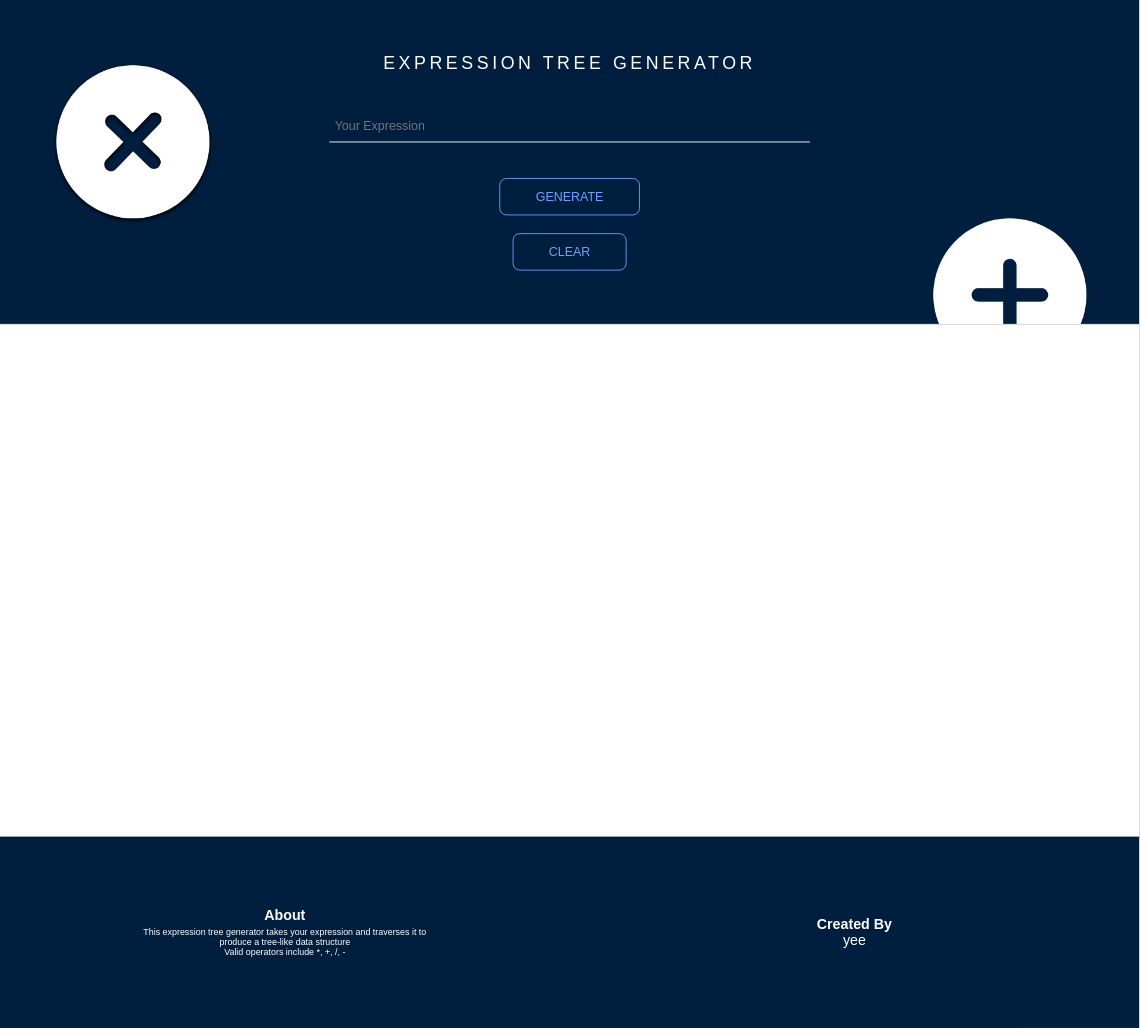
Repository: lnogueir/expression-tree-gen
Page: index.html
The author's editor kept a copy of each file at every save. The page is drawn from the files as they stood at one save, then again after a run of saves.
The browser window is 1280 px wide. The page is 1281 px wide, so the pictures cover 1281 px, including what lies to the right of the window. The pictures show the whole page, at 89% of full size.

Above is the page before, as saved 2020-03-15 20:09:41.

### index.html
<!DOCTYPE html>
<html lang="en">

<head>
    <meta charset="UTF-8">
    <meta name="viewport" content="width=device-width, initial-scale=1.0">
    <title>Canvas</title>
    <link rel="stylesheet" href="app.css">
</head>

<body>

    <div class="contact-section">
        <div class="inner-width">
          <h1>Expression Tree Generator</h1>
          <input type="text" class="name" id = 'expression-input' placeholder="Your Expression">

          <div class="buttons">
          <button id="generate-tree">Generate</button>
          <a href="index.html"><button id="generate-tree">Clear</button></a>
        </div>

        </div>
      </div>

    <div id="canvas-container">
        <canvas></canvas>
    </div>

    <div class="ending-section">
        <div class="end-row">
        <div class="end-1">
            <div class="end-1-text">
            <h4>About</h4>
            <p>This expression tree generator takes your expression and traverses it to produce a
                tree-like data structure
                <br>
                Valid operators include *, +, /, -
            </p>
        </div>
        </div>
       <div class="end-2">
        <h4>Created By</h4>
        <p>yee</p>
           </div>
    </div>

</body>
<script src="https://ajax.googleapis.com/ajax/libs/jquery/3.4.1/jquery.min.js"></script>
<script src="https://cdnjs.cloudflare.com/ajax/libs/mathjs/6.6.1/math.min.js"></script>
<script src="tree.js"></script>
<script src="infixToPostfix.js"></script>
<script src="canvas.js"></script>

</html>

### app.css
*{
    margin: 0;
    padding: 0;
    box-sizing: border-box;
    font-family: "montserrat",sans-serif;
  }
  .contact-section{
    background: url(./maths1.png);
    background-size: cover;
    padding: 60px 0 40px 0;
    text-align: center;
  }

  .inner-width{
    max-width: 600px;
    margin: auto;
    padding: 0 20px;
  }

  .contact-section h1{
    font-size: 20px;
    color: #FFF;
    margin-bottom: 40px;
    text-transform: uppercase;
    letter-spacing: 4px;
    font-weight: 400;
  }

  .name,.email,.message{
    background: none;
    border:none;
    outline: none;
    border-bottom: 1px solid;
    color: #FFF;
    padding: 10px 6px;
    font-size: 14px;
    margin-bottom: 40px;
  }

  .name{
    float: center;
    width: 540px;
  }

  .buttons{
      display: flex;
      flex-direction: column;
      justify-content: center;
      align-items: center;
  }

  .contact-section button{
      margin-bottom: 20px;
      outline: none;
    background: none;
    color: #70a1ff;
    border: 1px solid #70a1ff;
    padding: 12px 40px;
    border-radius: 8px;
    text-transform: uppercase;
    font-size: 14px;
    transition: 0.4s linear;
    cursor: pointer;
  }

  .contact-section button:hover{
    background: #70a1ff;
    color: #fff;
  }

  .ending-section{
      z-index: 10;
      bottom: 0;
      position: relative;
    background: #001f3f;
    padding: 80px 0;
    text-align: center;
  }

  .end-row{
      display: flex;
      flex-direction: row;
      align-items: center;
      justify-content: space-between;
      margin: auto;
      color: white;
  }

  .end-1-text{
      display: flex;
      flex-direction: column;
      justify-content: center;
      align-items: center;
  }

  .end-1-text h4{
    padding: 0 0 .25rem 0;
  }

  .end-1-text p{
      font-size: 10px;
    width: 50%;
  }

  .end-1{
      flex: 1;
  }

  .end-2{
      flex: 1;
  }

  @media screen and (max-width:700px){
    .contact-section{
        background: #001f3f;
    }
  }


  @media screen and (max-width:600px){
    .name,.email{
      width: 100%;
    }
  }

#canvas-container{
    outline: none;
    border: none;
    display: flex;
    flex-direction: column;
    align-items: center;
    margin: auto;
    height: 80vh;
    width: 100vw;
    max-width: 100vw;
    background: #FFF;
}

canvas{
    border: 1px solid lightgray;
}

### tree.js
function Node(value) {
    const radius = 32.5
    this.value = value;
    this.x = null;
    this.y = null;
    this.right = null;
    this.left = null;

    this.isLeaf = () => this.right == null && this.left == null;

    this.drawEdge = function (context, x, y, left_way) {
        context.strokeStyle = 'black';
        context.beginPath()
        const x_y_ratio = Math.abs(this.y - y) / Math.abs(this.x - x)
        const w = radius * Math.sqrt(1 / (1 + Math.pow(x_y_ratio, 2)))
        const d = x_y_ratio * w
        if (left_way) {
            context.moveTo(this.x - w, this.y + d)
            context.lineTo(x + w, y - d)
        } else {
            context.moveTo(this.x + w, this.y + d)
            context.lineTo(x - w, y - d)
        }

        context.stroke()
    }

    this.draw = function (context) {
        context.beginPath()
        context.arc(this.x, this.y, radius, 0, Math.PI * 2, false)
        context.fillStyle = 'rgba(255, 255, 255, 0.5)'
        context.fill()
        context.strokeStyle = 'black'
        context.stroke()
        context.font = '25px Times New Roman'
        context.textAlign = 'center'
        context.textBaseline = 'middle'
        context.fillStyle = "black";
        context.fillText(this.value, this.x, this.y);
    }
}

function constructTree(postfix) {
    const OPERATORS = ['*', '/', '-', '+']
    var stack = []
    var root = null;
    var current;
    var shift = false;
    for (var i = postfix.length - 1; i >= 0; i--) {
        if (null === root) {
            current = new Node(postfix[i]);
            root = current;
        } else {
            if (shift) {
                current.left = new Node(postfix[i])
                current = current.left
                shift = false
            } else {
                current.right = new Node(postfix[i])
                current = current.right
            }
        }
        if (OPERATORS.includes(postfix[i])) {
            stack.push(current);
        } else {
            current = stack.pop();
            shift = true
        }
    }
    return root;
}

function getSize(root) {
    var size = 0
    function countSize(root) {
        if (null != root) {
            size++;
            countSize(root.left)
            countSize(root.right)
        }
    }
    countSize(root);
    return size;
}

function print_coords(root) {
    if (null != root) {
        print_coords(root.left)
        console.log(root.value, root.x, root.y)
        print_coords(root.right)
    }
}

function setCoordinates(root) {
    var i = 0
    const OFFSET = 50
    const size = getSize(root)
    const canvas_mid_point = window.innerWidth / 2;
    function setCoordinates(subt, depth) {
        if (null != subt) {
            setCoordinates(subt.left, depth + 1)
            subt.x = canvas_mid_point + (OFFSET * (i - size / 2))
            subt.y = OFFSET + (depth * 1.5 * OFFSET)
            i++
            setCoordinates(subt.right, depth + 1)
        }
    }
    setCoordinates(root, 0)
}

function drawTree(root, context) {
    if (null != root) {
        root.draw(context)
        if (null != root.left) {
            root.drawEdge(context, root.left.x, root.left.y, true);
        }
        drawTree(root.left, context)
        if (null != root.right) {
            root.drawEdge(context, root.right.x, root.right.y, false)
        }
        drawTree(root.right, context)
    }
}

### infixToPostfix.js
function isBracketed(expr) {
  var stack = []
  for (var i = 0; i < expr.length; i++) {
    if ('(' === expr[i]) {
      stack.push('(')
    } else if (')' === expr[i]) {
      stack.pop()
      if (stack.length === 0) {
        if (i !== expr.length - 1) {
          return false
        } else {
          return true
        }
      }
    }
  }
  return false;
}

function isValidExpression(expr) {
  if (expr.length < 3) {
    return false;
  }
  for (var i = 0; i < expr.length; i++) {
    if ('abcdefghijklmnopqrstuvwxyz*()/+-'.indexOf(expr[i]) === -1) {
      return false;
    }
  }
  try {
    while ("(" === expr[0] && ")" === expr[expr.length - 1]) {
      if (isBracketed(expr)) {
        expr = expr.substring(1, expr.length - 1);
      } else break;
    }
    var res = math.parse(expr);
    if ((typeof res.implicit === 'undefined') || res.fn.indexOf('unary') !== -1) {
      return false;
    }
    return true;
  }
  catch (ex) {
    return false;
  }
}

function infixToPostfix(expression) {
  if (!isValidExpression(expression)) {
    return null;
  }
  const prec = { "*": 3, "/": 3, "-": 2, "+": 2, "(": 1 }
  op_stack = []
  postfixList = []
  tokens = expression.split('')
  for (const token of tokens) {
    if ("abcdefghijklmnopqrstuvwxyz".indexOf(token) !== -1) {
      postfixList.push(token)
    } else if ("(" === token) {
      op_stack.push(token)
    } else if (")" === token) {
      var top_op_token = op_stack.pop()
      while (top_op_token !== '(') {
        postfixList.push(top_op_token)
        top_op_token = op_stack.pop()
      }
    } else {
      var peek_elem = op_stack.slice(-1)[0];
      while (op_stack.length > 0 && (prec[peek_elem] >= prec[token])) {
        postfixList.push(op_stack.pop())
        peek_elem = op_stack.slice(-1)[0];
      }
      op_stack.push(token)
    }
  }
  while (op_stack.length > 0) {
    postfixList.push(op_stack.pop())
  }
  return postfixList
}

### canvas.js
var canvas = document.querySelector('canvas')

canvas.height = document.getElementById('canvas-container').offsetHeight;
canvas.width = document.getElementById('canvas-container').offsetWidth;

var c = canvas.getContext('2d')

$('#generate-tree').click(() => {
    var expression = $('#expression-input').val()
    if (typeof expression !== 'undefined' && null != expression) {
        expression = expression.replace(/\s+/g, '')
        expression = expression.toLowerCase()
        var postfix = infixToPostfix(expression);
        if (null !== postfix) {
            var root = constructTree(postfix)
            setCoordinates(root)
            c.clearRect(0, 0, canvas.width, canvas.height);
            drawTree(root, c)
        } else {
            alert('Enter valid expression')
        }

    } else {
        alert('Enter valid expression')
    }
})

After the next 2 saves:
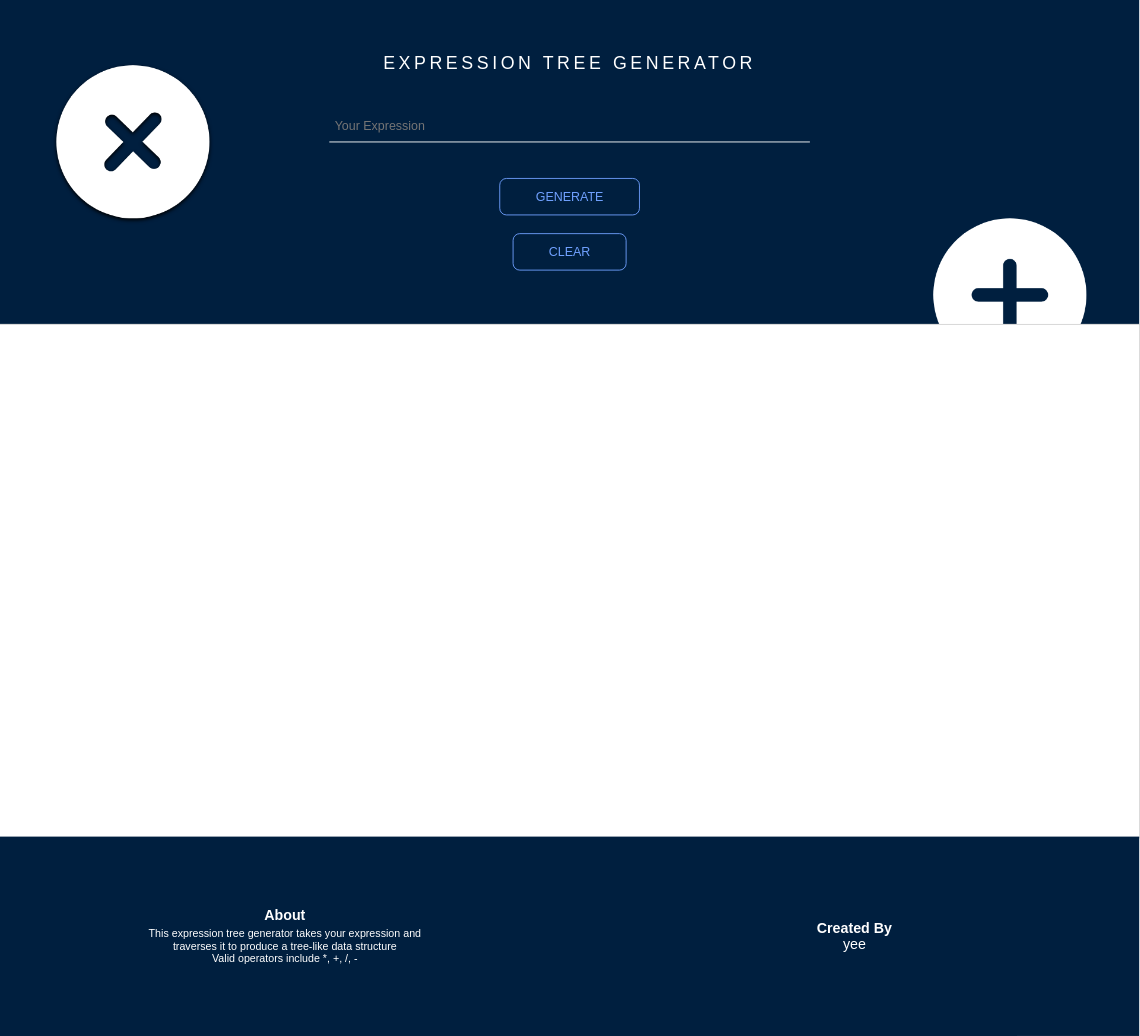
The 2 saves are shown as one change because they came seconds apart.
The last was saved 7 s later.
--- a/app.css
+++ b/app.css
@@ -98,7 +98,7 @@
   }
 
   .end-1-text p{
-      font-size: 10px;
+      font-size: 12px;
     width: 50%;
   }
 
